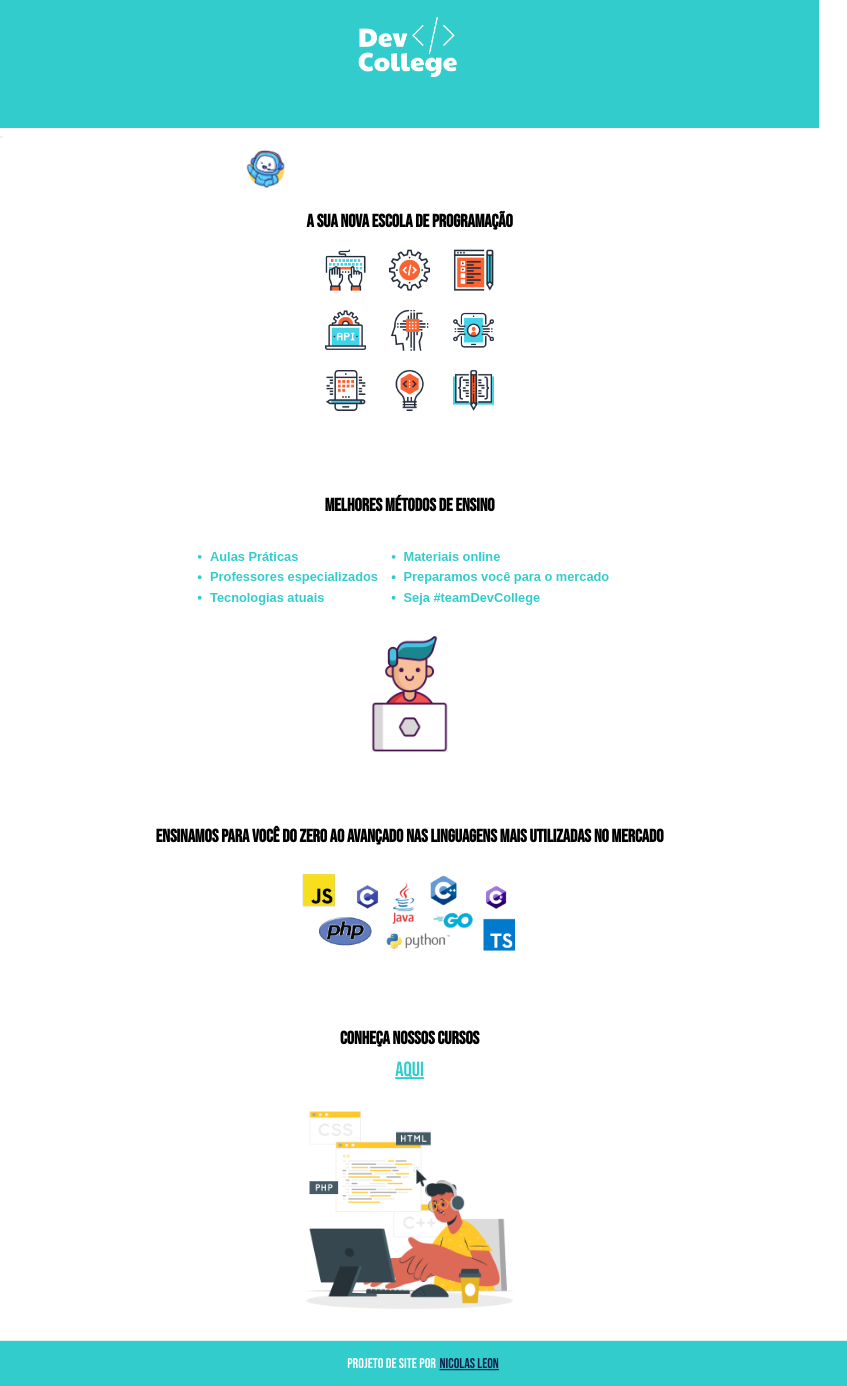
Repository: Leonngc/DEV-COLLEGE
Page: homepage/home.html
These files come from the project's save history. The page is drawn as it stood at one moment and after a run of saves; the edit follows.
The browser window is 1280 px wide. The page is 1324 px wide, so the pictures cover 1324 px, including what lies to the right of the window. The pictures show the whole page, at 64% of full size.
Some icons come from a web library that is not loaded, so they are not drawn. Some web fonts or font styles are not loaded; a fallback is used.

Above is the page before, as saved 2023-02-25 16:35:00.

After the next 3 saves:
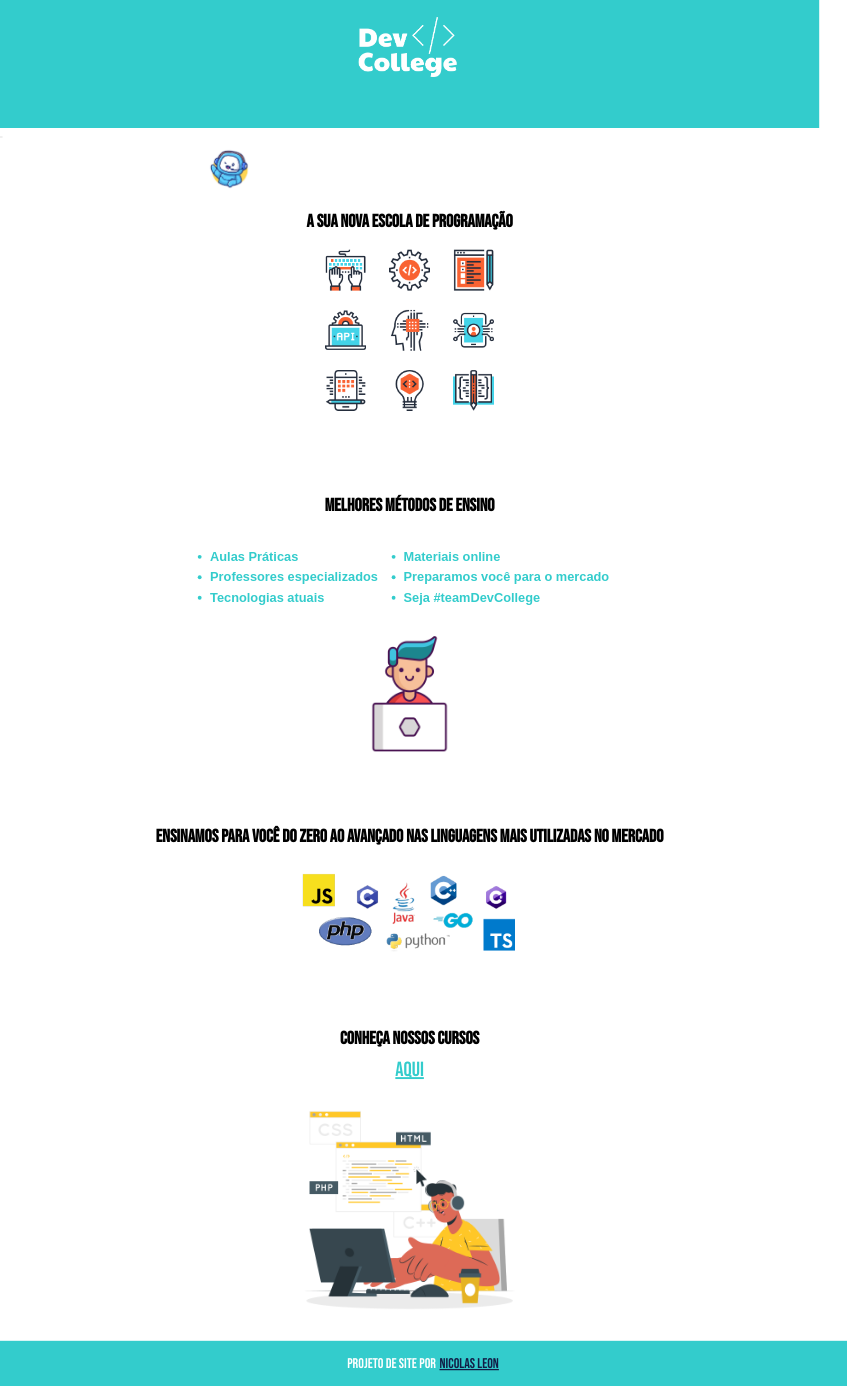
The 3 saves are shown as one change because they came seconds apart.
The last was saved 6 min 26 s later.
--- a/homepage/home.css
+++ b/homepage/home.css
@@ -94,7 +94,7 @@
 }
 
 #robot-img{
-  left: 365px;
+  left: 308px;
   width: 100px;
   position: fixed;
 }
